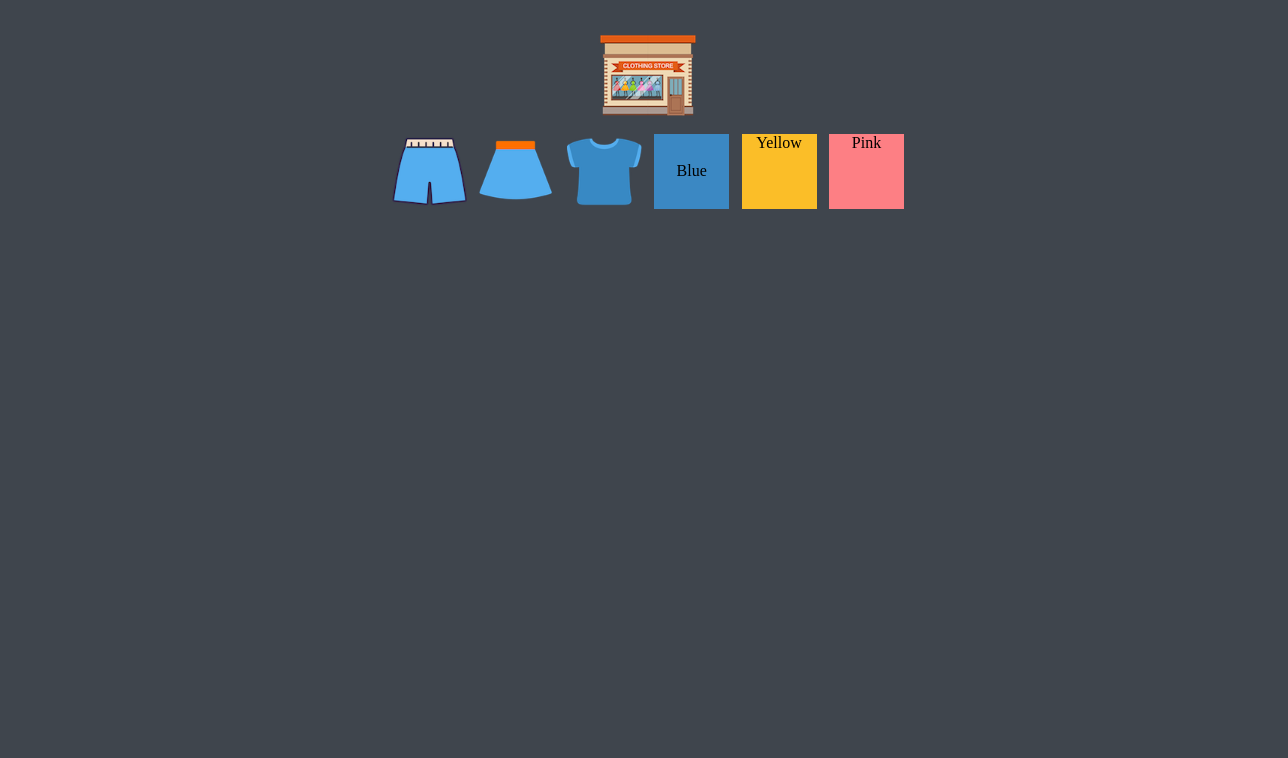
Repository: Jay-JYKim91/elle-shopping-mall
Page: index.html
An editor plug-in stored every save of this project. The page is shown before and after the next save, followed by the edit.
The browser window is 1280 px wide. The page is 1288 px wide, so the pictures cover 1288 px, including what lies to the right of the window. The pictures show the whole page.

Above is the page before, as saved 2021-07-26 19:35:43.

### index.html
<!DOCTYPE html>
<html lang="en">
  <head>
    <meta charset="UTF-8" />
    <meta name="viewport" content="width=device-width, initial-scale=1.0" />
    <title>Online Shopping</title>
    <link rel="stylesheet" href="style.css" />
    <script src="src/main.js" defer></script>
  </head>
  <body>
    <div class="container">
      <div class="logo">
        <img src="./img/logo.png" alt="logo">
      </div>
      <div class="options">
        <img src="./img/blue_p.png" alt="">
        <img src="./img/blue_s.png" alt="">
        <img src="./img/blue_t.png" alt="">
        <div class="color-box blue"><p>Blue</p></div>
        <div class="color-box yellow">Yellow</div>
        <div class="color-box pink">Pink</div>
      </div>
      <div class="lists">

      </div>
    </div>
  </body>
</html>

### style.css
:root {
  /* color */
  --color-black: #3f454d;
  --color-white: #ffffff;
  --color-blue: #3b88c3;
  --color-yellow: #fbbe28;
  --color-pink: #fd7f84;
  --color-light-grey: #dfdfdf;
}

* {
  box-sizing: border-box;
}
body {
  background-color: var(--color-black);
  height: 100vh;
  width: 100vw;
}
.container {
  text-align: center;
  width: 40vw;
  height: 70vh;
  margin: 30px auto;
}
.options {
  display: flex;
  justify-content: space-between;
}
.options img {
  width: 75px;
  height: 75px;
}
.color-box {
  width: 75px;
  height: 75px;
  text-align: center;
}
.color-box p {
  margin: 28px 0;
}
.blue {
  background-color: var(--color-blue);
}
.yellow {
  background-color: var(--color-yellow);
}
.pink {
  background-color: var(--color-pink);
}
.lists {
  overflow-y: scroll;
}

Loaded but not shown: src/main.js (no copy from this time; the picture is the same without it)

After the next save:
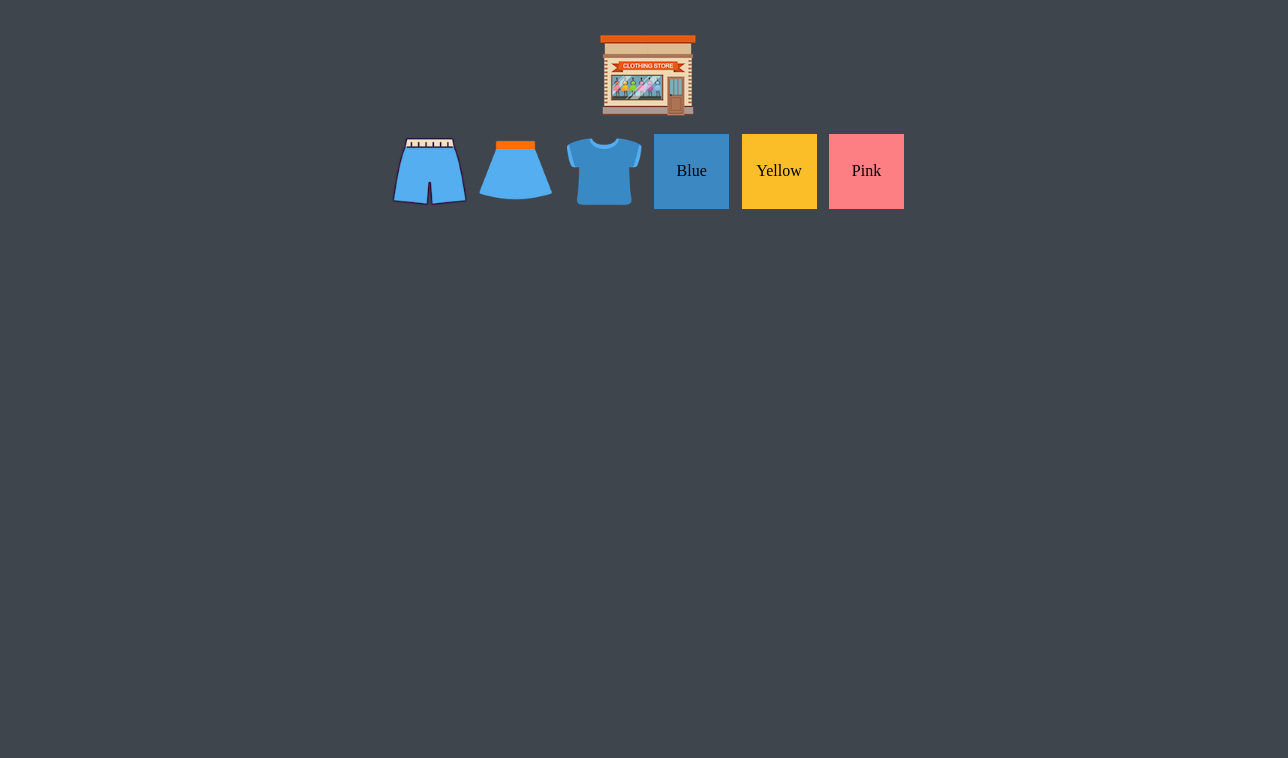
Saved 12 s later.
--- a/index.html
+++ b/index.html
@@ -17,8 +17,8 @@
         <img src="./img/blue_s.png" alt="">
         <img src="./img/blue_t.png" alt="">
         <div class="color-box blue"><p>Blue</p></div>
-        <div class="color-box yellow">Yellow</div>
-        <div class="color-box pink">Pink</div>
+        <div class="color-box yellow"><p>Yellow</p></div>
+        <div class="color-box pink"><p>Pink</p></div>
       </div>
       <div class="lists">
 
